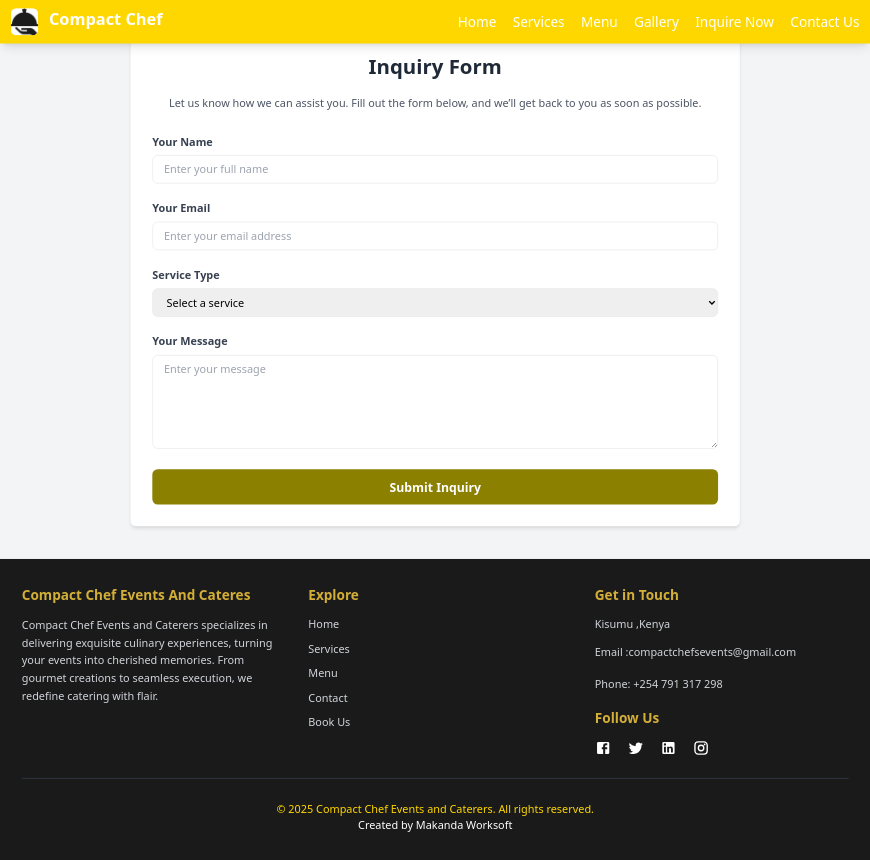
Repository: makanda596/compactchef
Page: /book
The author's editor kept a copy of each file at every save. The page is drawn from the files as they stood at one save, then again after the next save.
The browser window is 1280 px wide. The pictures show the whole page, at 68% of full size.
The project was rebuilt for these pictures with package versions that can differ from the ones it lists, and the page was loaded fresh each time. Also part of the build but not shown: src/components/Hero.jsx, src/components/Client.jsx, src/components/Reviews.jsx, src/components/About.jsx, src/pages/Home.jsx, src/pages/Services.jsx, src/pages/Menu.jsx, src/pages/Contact.jsx and 1 more.

Above is the page before, as saved 2025-01-17 18:01:04.

### public/index.html
<!DOCTYPE html>
<html lang="en">
  <head>
    <meta charset="utf-8" />
    <link rel="icon" href="./logo.jpg" />
    <meta name="viewport" content="width=device-width, initial-scale=1" />

    <link rel="apple-touch-icon" href="./logo.jpg" />


    <title>CompactChef Events</title>
  </head>
  <body>
    <div id="root"></div>
  </body>
</html>

### src/App.js
// src/App.jsx
import React from 'react';
import { BrowserRouter as Router, Routes, Route } from 'react-router-dom';
import Home from './pages/Home.jsx';
import Services from './pages/Services.jsx';
import Menu from './pages/Menu.jsx';
import Contact from './pages/Contact.jsx';
import Book from './pages/Book.jsx';
import Gallery from './pages/Gallery.jsx'; // Import the Gallery page
import Navbar from './components/Navbar.jsx';
import Footer from './components/Footer.jsx';

function App() {
  return (
    <>
      <Navbar />
      <Router>
        <Routes>
          <Route path="/" element={<Home />} />
          <Route path="/services" element={<Services />} />
          <Route path="/menu" element={<Menu />} />
          <Route path="/contact" element={<Contact />} />
          <Route path="/book" element={<Book />} />
          <Route path="/gallery" element={<Gallery />} /> {/* Add the gallery route */}
        </Routes>
      </Router>
      <Footer />
    </>
  );
}

export default App;

### src/pages/Book.jsx
import React from 'react';

function Inquiry() {
    const services = [
        "Catering",
        "Event Planning",
        "Menu Customization",
        "Food Delivery",
        "Other",
    ];

    return (
        <div className="min-h-screen bg-gray-100 py-12 px-6">
            <div className="max-w-4xl mx-auto bg-white p-8 rounded-lg shadow-md">
                <h1 className="text-3xl font-extrabold text-center text-gray-800 mb-6">
                    Inquiry Form
                </h1>
                <p className="text-center text-gray-600 mb-8">
                    Let us know how we can assist you. Fill out the form below, and we’ll get back to you as soon as possible.
                </p>
                <form className="space-y-6">
                    {/* Name Field */}
                    <div>
                        <label htmlFor="name" className="block text-gray-700 font-bold mb-2">
                            Your Name
                        </label>
                        <input
                            type="text"
                            id="name"
                            className="w-full px-4 py-2 border rounded-lg focus:outline-none focus:ring-2 focus:ring-[#8b8000]"
                            placeholder="Enter your full name"
                            required
                        />
                    </div>
                    {/* Email Field */}
                    <div>
                        <label htmlFor="email" className="block text-gray-700 font-bold mb-2">
                            Your Email
                        </label>
                        <input
                            type="email"
                            id="email"
                            className="w-full px-4 py-2 border rounded-lg focus:outline-none focus:ring-2 focus:ring-[#8b8000]"
                            placeholder="Enter your email address"
                            required
                        />
                    </div>
                    {/* Service Type Dropdown */}
                    <div>
                        <label htmlFor="service" className="block text-gray-700 font-bold mb-2">
                            Service Type
                        </label>
                        <select
                            id="service"
                            className="w-full px-4 py-2 border rounded-lg focus:outline-none focus:ring-2 focus:ring-[#8b8000]"
                            required
                        >
                            <option value="" disabled selected>
                                Select a service
                            </option>
                            {services.map((service, index) => (
                                <option key={index} value={service}>
                                    {service}
                                </option>
                            ))}
                        </select>
                    </div>
                    {/* Message Field */}
                    <div>
                        <label htmlFor="message" className="block text-gray-700 font-bold mb-2">
                            Your Message
                        </label>
                        <textarea
                            id="message"
                            rows="5"
                            className="w-full px-4 py-2 border rounded-lg focus:outline-none focus:ring-2 focus:ring-[#8b8000]"
                            placeholder="Enter your message"
                            required
                        ></textarea>
                    </div>
                    {/* Submit Button */}
                    <div>
                        <button
                            type="submit"
                            className="w-full bg-[#8b8000] text-white py-3 rounded-lg text-lg font-bold hover:bg-[#a08d00] transition duration-300"
                        >
                            Submit Inquiry
                        </button>
                    </div>
                </form>
            </div>
        </div>
    );
}

export default Inquiry;

### src/components/Navbar.jsx
import React, { useState } from "react";
import logo from '../assets/logo.jpg'
const Navbar = () => {
    const [isOpen, setIsOpen] = useState(false);

    return (
        <nav className="bg-gold shadow-lg fixed top-0 z-50 w-full">
            <div className="container mx-auto px-4 flex justify-between items-center h-16">

                <div className="text-white font-bold text-2xl flex space-x-4">
                    <img src={logo} alt="" className="w-10 rounded-lg object-cover" />
                    <p>Compact Chef</p></div>

                <div className="lg:hidden">
                    <button
                        onClick={() => setIsOpen(!isOpen)}
                        className="text-white focus:outline-none"
                    >
                        <svg
                            className="w-6 h-6"
                            xmlns="http://www.w3.org/2000/svg"
                            fill="none"
                            viewBox="0 0 24 24"
                            stroke="currentColor"
                        >
                            {isOpen ? (
                                <path
                                    strokeLinecap="round"
                                    strokeLinejoin="round"
                                    strokeWidth="2"
                                    d="M6 18L18 6M6 6l12 12"
                                />
                            ) : (
                                <path
                                    strokeLinecap="round"
                                    strokeLinejoin="round"
                                    strokeWidth="2"
                                    d="M4 6h16M4 12h16M4 18h16"
                                />
                            )}
                        </svg>
                    </button>
                </div>

                {/* Links for Desktop */}
                <div className="hidden lg:flex space-x-6 text-xl">
                    <a href="/" className="text-white hover:underline">
                        Home
                    </a>
                    <a href="services" className="text-white hover:underline">
                        Services
                    </a>
                    <a href="menu" className="text-white hover:underline">
                        Menu
                    </a>

                    <a href="gallery" className="text-white hover:underline">
                        Gallery
                    </a>
                    <a href="book" className="text-white hover:underline" target="_blank" >
                        Inquire Now
                    </a>
                    <a href="contact" className="text-white hover:underline">
                        Contact Us
                    </a>

                </div>
            </div>

            {/* Mobile Menu */}
            {
                isOpen && (
                    <div className="lg:hidden bg-orange-400">
                        <a
                            href="/"
                            className="block py-2 px-4 text-white hover:bg-orange-300"
                        >
                            Home
                        </a>
                        <a
                            href="services"
                            className="block py-2 px-4 text-white hover:bg-orange-300"
                        >
                            Services
                        </a>
                        <a
                            href="menu"
                            className="block py-2 px-4 text-white hover:bg-orange-300"
                        >
                            Menu
                        </a>
                        <a
                            href="contact"
                            className="block py-2 px-4 text-white hover:bg-orange-300"
                        >
                            Contact
                        </a>
                        <a
                            href="book"
                            className="block py-2 px-4 text-white hover:bg-orange-300"
                        >
                            Book Us
                        </a>
                    </div>
                )
            }
        </nav >
    );
};

export default Navbar;

### src/components/Footer.jsx
import React from 'react';

import FacebookIcon from '@mui/icons-material/Facebook';
import TwitterIcon from '@mui/icons-material/Twitter';
import LinkedInIcon from '@mui/icons-material/LinkedIn';
import InstagramIcon from '@mui/icons-material/Instagram';
const Footer = () => {
    return (
        <footer className="bg-[#1a1a1a] text-white py-10">
            <div className="max-w-7xl mx-auto px-6 sm:px-8">
                <div className="grid grid-cols-1 md:grid-cols-3 gap-12">
                    <div>
                        <h3 className="text-xl font-bold text-[#d4af37] mb-4">Compact Chef Events And Cateres</h3>
                        <p className="text-md text-gray-300 leading-relaxed">
                            Compact Chef Events and Caterers specializes in delivering exquisite culinary experiences, turning your events into cherished memories. From gourmet creations to seamless execution, we redefine catering with flair.
                        </p>
                    </div>

                    <div>
                        <h3 className="text-xl font-bold text-[#d4af37] mb-4">Explore</h3>
                        <ul className="text-md text-gray-300 space-y-3">
                            <li>
                                <a href="/src" className="hover:text-[#d4af37] transition-colors">Home</a>
                            </li>
                            <li>
                                <a href="/services" className="hover:text-[#d4af37] transition-colors">Services</a>
                            </li>
                            <li>
                                <a href="/menu" className="hover:text-[#d4af37] transition-colors">Menu</a>
                            </li>
                            <li>
                                <a href="/contact" className="hover:text-[#d4af37] transition-colors">Contact</a>
                            </li>
                            <li>
                                <a href="/book" className="hover:text-[#d4af37] transition-colors">Book Us</a>
                            </li>
                        </ul>
                    </div>

                    <div>
                        <h3 className="text-xl font-bold text-[#d4af37] mb-4">Get in Touch</h3>
                        <ul className="text-md text-gray-300 space-y-4 flex-row">
                            <li>Kisumu ,Kenya</li>
                            <li>  <a href="mailto:compactchefsevents@gmail.com" target="_blank"
                                rel="noopener noreferrer" className='py-1 hover:text-gold'>Email :compactchefsevents@gmail.com</a> </li> <br />
                            <a href="tel:+254791317298" target="_blank"
                                rel="noopener noreferrer" className='py-1 hover:text-gold'>Phone: +254 791 317 298</a>
                        </ul>
                        <div className="pt-2 md:pt-6">
                            <h2 className="text-xl font-bold mb-4 text-[#d4af37]">Follow Us</h2>
                            <div className="flex space-x-6 justify-start">
                                <a
                                    href="https://www.facebook.com/yourpage"
                                    target="_blank"
                                    rel="noopener noreferrer"
                                    className="hover:text-blue-400 transition-colors"
                                >
                                    <FacebookIcon fontSize="medium" />
                                </a>
                                <a
                                    href="https://twitter.com/yourhandle"
                                    target="_blank"
                                    rel="noopener noreferrer"
                                    className="hover:text-blue-400 transition-colors"
                                >
                                    <TwitterIcon fontSize="medium" />
                                </a>
                                <a
                                    href="https://www.linkedin.com/company/yourcompany"
                                    target="_blank"
                                    rel="noopener noreferrer"
                                    className="hover:text-blue-400 transition-colors"
                                >
                                    <LinkedInIcon fontSize="medium" />
                                </a>
                                <a
                                    href="https://www.instagram.com/yourhandle"
                                    target="_blank"
                                    rel="noopener noreferrer"
                                    className="hover:text-pink-400 transition-colors"
                                >
                                    <InstagramIcon fontSize="medium" />
                                </a>
                            </div>



                        </div>
                    </div>
                </div>

                {/* Divider */}
                <div className="border-t border-gray-700 my-8"></div>

                <div className="text-center space-y-2 text-md">

                    <p className=" text-gold">
                        &copy; {new Date().getFullYear()} Compact Chef Events and Caterers. All rights reserved.
                    </p>
                    Created by <a href="https://wa.me/+254742149060" target="_blank" rel="noopener noreferrer" className='hover:text-blue-500'> Makanda Worksoft</a>

                </div>
            </div>
        </footer >
    );
};

export default Footer;

### tailwind.config.js
/** @type {import('tailwindcss').Config} */
module.exports = {
  content: [
    "./src/**/*.{js,jsx,ts,tsx}",
  ],
  theme: {
    extend: {
      animation: {
        'slide': 'slide 10s linear infinite',
      },
      colors: {
        gold: '#FFD700', // Gold color
      },
      keyframes: {
        slide: {
          '0%': { transform: 'translateX(100%)' },
          '100%': { transform: 'translateX(-100%)' },
        },
      },
    },
  },
  plugins: [],


}

Loaded but not shown: src/index.js (common file); src/index.css (common file); src/reportWebVitals.js (common file)

After the next save:
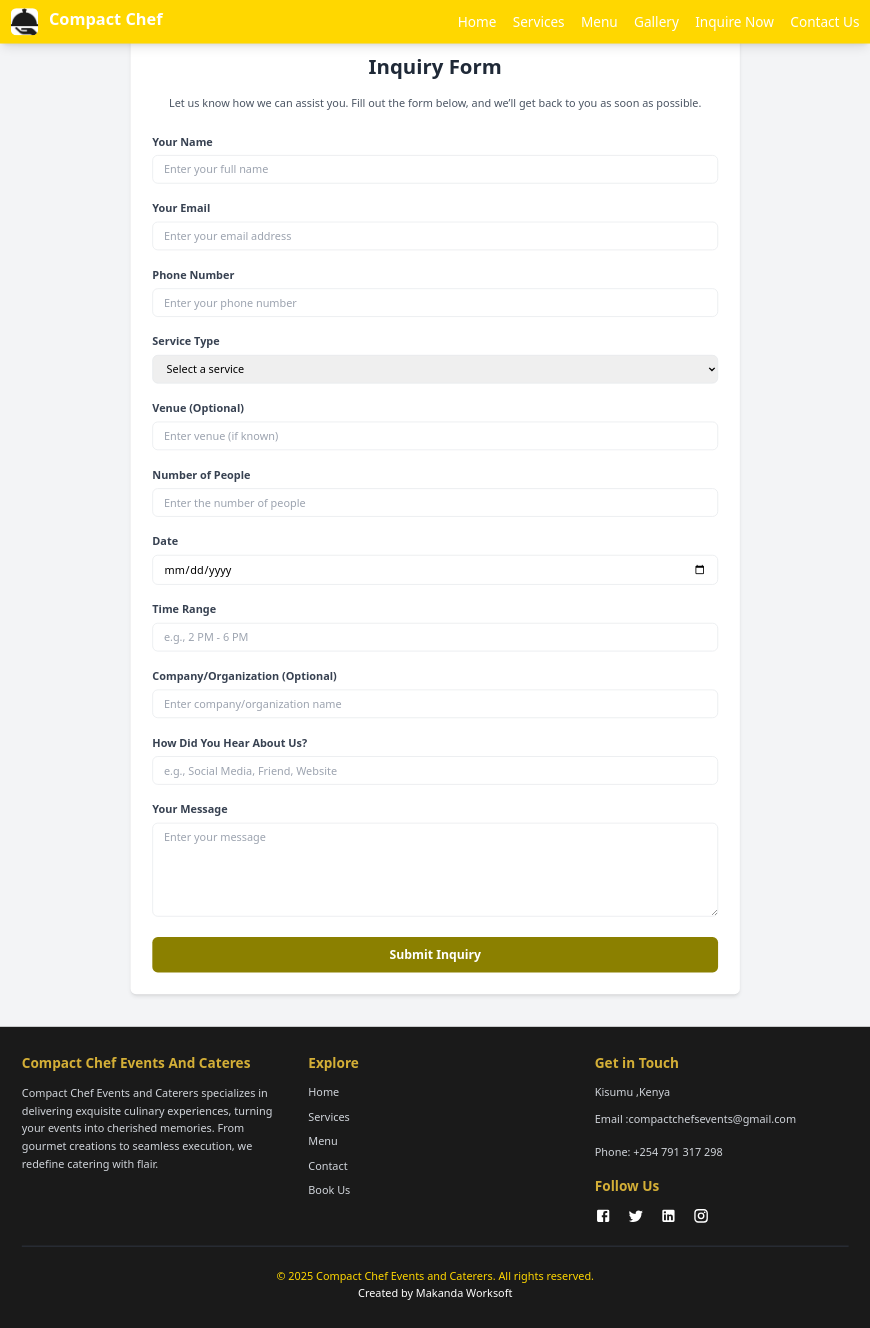
Saved 5 min 44 s later.
--- a/src/pages/Book.jsx
+++ b/src/pages/Book.jsx
@@ -1,6 +1,8 @@
-import React from 'react';
+import React, { useState } from 'react';
 
 function Inquiry() {
+    const [loading, setLoading] = useState(false);
+    const [submitted, setSubmitted] = useState(false);
     const services = [
         "Catering",
         "Event Planning",
@@ -8,6 +10,17 @@ function Inquiry() {
         "Food Delivery",
         "Other",
     ];
+
+    const handleSubmit = (e) => {
+        e.preventDefault();
+        setLoading(true);
+
+        // Simulate form submission
+        setTimeout(() => {
+            setLoading(false);
+            setSubmitted(true);
+        }, 2000);
+    };
 
     return (
         <div className="min-h-screen bg-gray-100 py-12 px-6">
@@ -18,7 +31,7 @@ function Inquiry() {
                 <p className="text-center text-gray-600 mb-8">
                     Let us know how we can assist you. Fill out the form below, and we’ll get back to you as soon as possible.
                 </p>
-                <form className="space-y-6">
+                <form className="space-y-6" onSubmit={handleSubmit}>
                     {/* Name Field */}
                     <div>
                         <label htmlFor="name" className="block text-gray-700 font-bold mb-2">
@@ -42,6 +55,19 @@ function Inquiry() {
                             id="email"
                             className="w-full px-4 py-2 border rounded-lg focus:outline-none focus:ring-2 focus:ring-[#8b8000]"
                             placeholder="Enter your email address"
+                            required
+                        />
+                    </div>
+                    {/* Phone Number Field */}
+                    <div>
+                        <label htmlFor="phone" className="block text-gray-700 font-bold mb-2">
+                            Phone Number
+                        </label>
+                        <input
+                            type="tel"
+                            id="phone"
+                            className="w-full px-4 py-2 border rounded-lg focus:outline-none focus:ring-2 focus:ring-[#8b8000]"
+                            placeholder="Enter your phone number"
                             required
                         />
                     </div>
@@ -65,6 +91,81 @@ function Inquiry() {
                             ))}
                         </select>
                     </div>
+                    {/* Venue (Optional) */}
+                    <div>
+                        <label htmlFor="venue" className="block text-gray-700 font-bold mb-2">
+                            Venue (Optional)
+                        </label>
+                        <input
+                            type="text"
+                            id="venue"
+                            className="w-full px-4 py-2 border rounded-lg focus:outline-none focus:ring-2 focus:ring-[#8b8000]"
+                            placeholder="Enter venue (if known)"
+                        />
+                    </div>
+                    {/* Number of People */}
+                    <div>
+                        <label htmlFor="people" className="block text-gray-700 font-bold mb-2">
+                            Number of People
+                        </label>
+                        <input
+                            type="number"
+                            id="people"
+                            className="w-full px-4 py-2 border rounded-lg focus:outline-none focus:ring-2 focus:ring-[#8b8000]"
+                            placeholder="Enter the number of people"
+                            required
+                        />
+                    </div>
+                    {/* Date */}
+                    <div>
+                        <label htmlFor="date" className="block text-gray-700 font-bold mb-2">
+                            Date
+                        </label>
+                        <input
+                            type="date"
+                            id="date"
+                            className="w-full px-4 py-2 border rounded-lg focus:outline-none focus:ring-2 focus:ring-[#8b8000]"
+                            required
+                        />
+                    </div>
+                    {/* Time Range */}
+                    <div>
+                        <label htmlFor="time" className="block text-gray-700 font-bold mb-2">
+                            Time Range
+                        </label>
+                        <input
+                            type="text"
+                            id="time"
+                            className="w-full px-4 py-2 border rounded-lg focus:outline-none focus:ring-2 focus:ring-[#8b8000]"
+                            placeholder="e.g., 2 PM - 6 PM"
+                            required
+                        />
+                    </div>
+                    {/* Company/Organization (Optional) */}
+                    <div>
+                        <label htmlFor="company" className="block text-gray-700 font-bold mb-2">
+                            Company/Organization (Optional)
+                        </label>
+                        <input
+                            type="text"
+                            id="company"
+                            className="w-full px-4 py-2 border rounded-lg focus:outline-none focus:ring-2 focus:ring-[#8b8000]"
+                            placeholder="Enter company/organization name"
+                        />
+                    </div>
+                    {/* How Did You Hear About Us? */}
+                    <div>
+                        <label htmlFor="referral" className="block text-gray-700 font-bold mb-2">
+                            How Did You Hear About Us?
+                        </label>
+                        <input
+                            type="text"
+                            id="referral"
+                            className="w-full px-4 py-2 border rounded-lg focus:outline-none focus:ring-2 focus:ring-[#8b8000]"
+                            placeholder="e.g., Social Media, Friend, Website"
+                            required
+                        />
+                    </div>
                     {/* Message Field */}
                     <div>
                         <label htmlFor="message" className="block text-gray-700 font-bold mb-2">
@@ -84,11 +185,29 @@ function Inquiry() {
                             type="submit"
                             className="w-full bg-[#8b8000] text-white py-3 rounded-lg text-lg font-bold hover:bg-[#a08d00] transition duration-300"
                         >
-                            Submit Inquiry
+                            {loading ? "Submitting..." : "Submit Inquiry"}
                         </button>
                     </div>
                 </form>
             </div>
+
+            {/* Confirmation Popup */}
+            {submitted && (
+                <div className="fixed inset-0 flex items-center justify-center bg-black bg-opacity-50">
+                    <div className="bg-white rounded-lg p-6 text-center shadow-lg">
+                        <h2 className="text-2xl font-bold text-gray-800 mb-4">Inquiry Submitted!</h2>
+                        <p className="text-gray-600 mb-6">
+                            Thank you for your inquiry. We’ll get back to you soon.
+                        </p>
+                        <button
+                            onClick={() => setSubmitted(false)}
+                            className="bg-[#8b8000] text-white py-2 px-6 rounded-lg hover:bg-[#a08d00] transition duration-300"
+                        >
+                            Close
+                        </button>
+                    </div>
+                </div>
+            )}
         </div>
     );
 }
